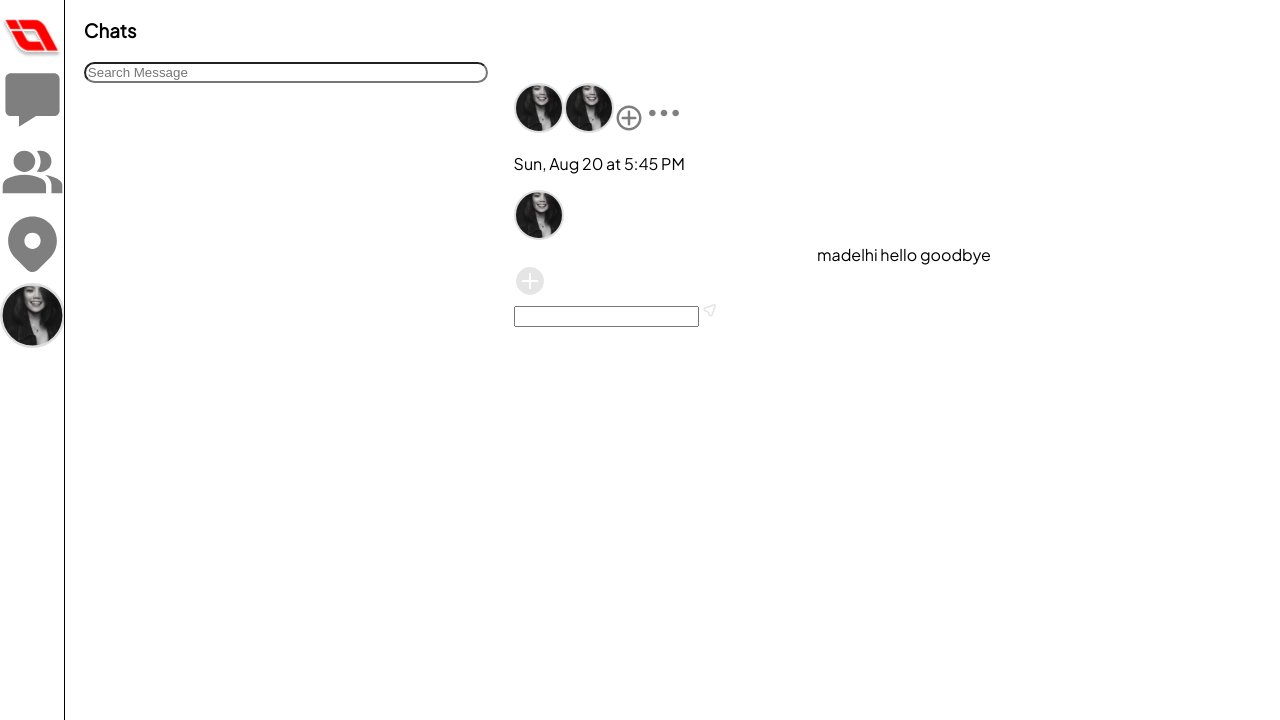
Repository: Nicktacku/LawChat
Page: /homechat (app in frontend/lawchat/)
The author's editor kept a copy of each file at every save. The page is drawn from the files as they stood at one save, then again after a run of saves.
The browser window is 1280 px wide. The pictures show the whole page.
The page's requests for data from a server got no answer. The project was rebuilt for these pictures with package versions that can differ from the ones it lists, and the page was loaded fresh each time. No one was signed in, and anything a server would have sent is missing. Also part of the build but not shown: frontend/lawchat/src/styles/button.css, frontend/lawchat/src/components/Button.js, frontend/lawchat/src/pages/Home.js, frontend/lawchat/src/pages/Login.js, frontend/lawchat/src/styles/chatpreview.css, frontend/lawchat/src/components/ChatPreview.js, frontend/lawchat/src/pages/Test.js.

Above is the page before, as saved 2024-08-15 17:15:27.

After the next 2 saves:
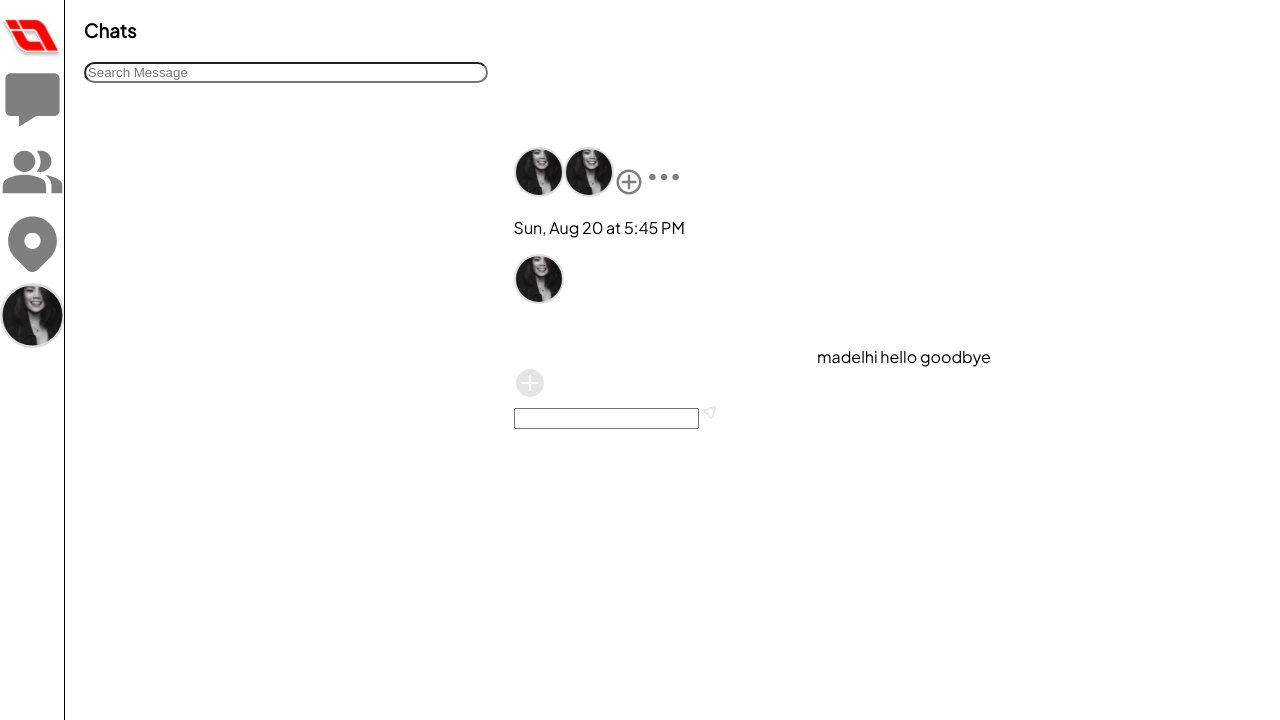
The 2 saves are shown as one change because they came seconds apart.
The last was saved 2 min 8 s later.
--- a/frontend/lawchat/src/styles/homechat.css
+++ b/frontend/lawchat/src/styles/homechat.css
@@ -12,7 +12,8 @@
   }
 
 .chat {
-    margin-left: 40%
+    margin-left: 40%;
+    margin-top: 5%;
 }
 
 .chats {

After the save that followed:
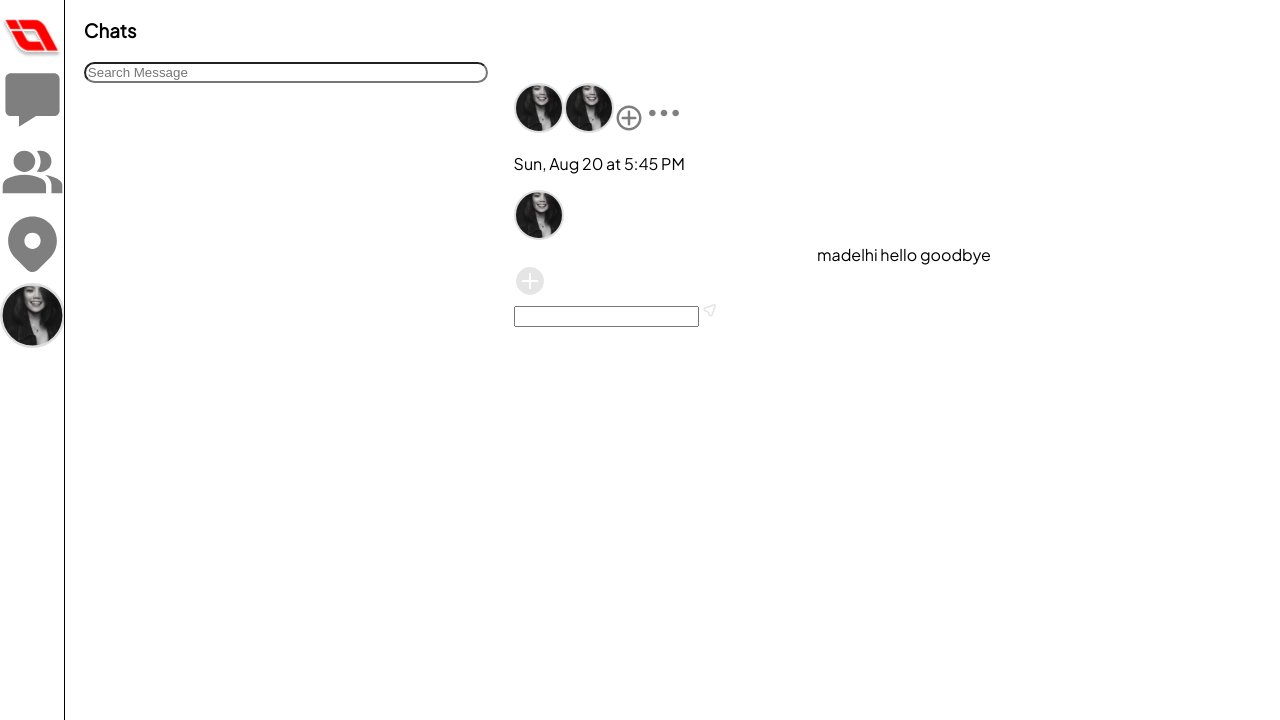
Saved 18 s later.
--- a/frontend/lawchat/src/styles/homechat.css
+++ b/frontend/lawchat/src/styles/homechat.css
@@ -13,7 +13,7 @@
 
 .chat {
     margin-left: 40%;
-    margin-top: 5%;
+    margin-top: 0%;
 }
 
 .chats {
